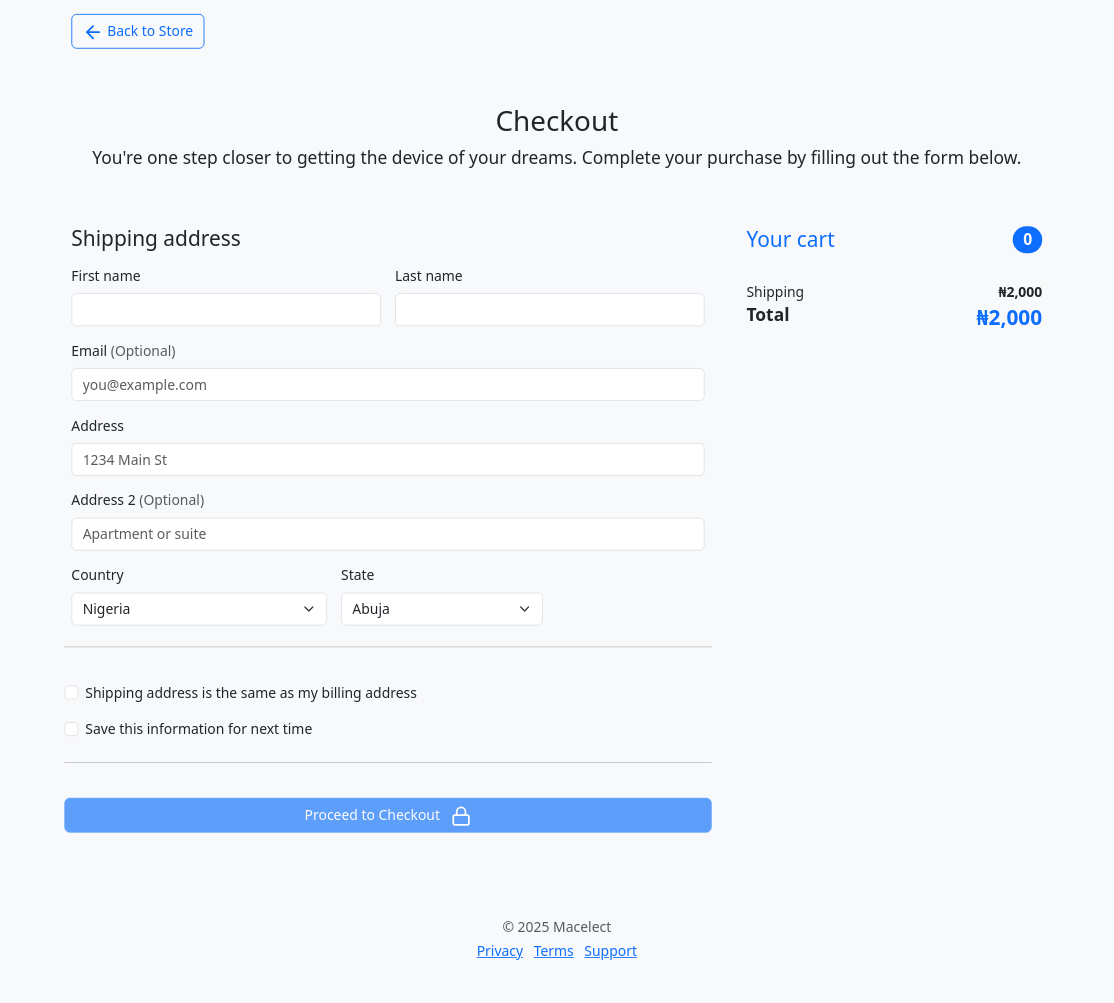
Repository: Davidobi21/macelect
Page: frontend/pages/checkout.html
The author's editor kept a copy of each file at every save. The page is drawn from the files as they stood at one save, then again after the next save.
The browser window is 1280 px wide. The pictures show the whole page, at 87% of full size.

Above is the page before, as saved 2025-04-30 08:52:40.

After the next save:
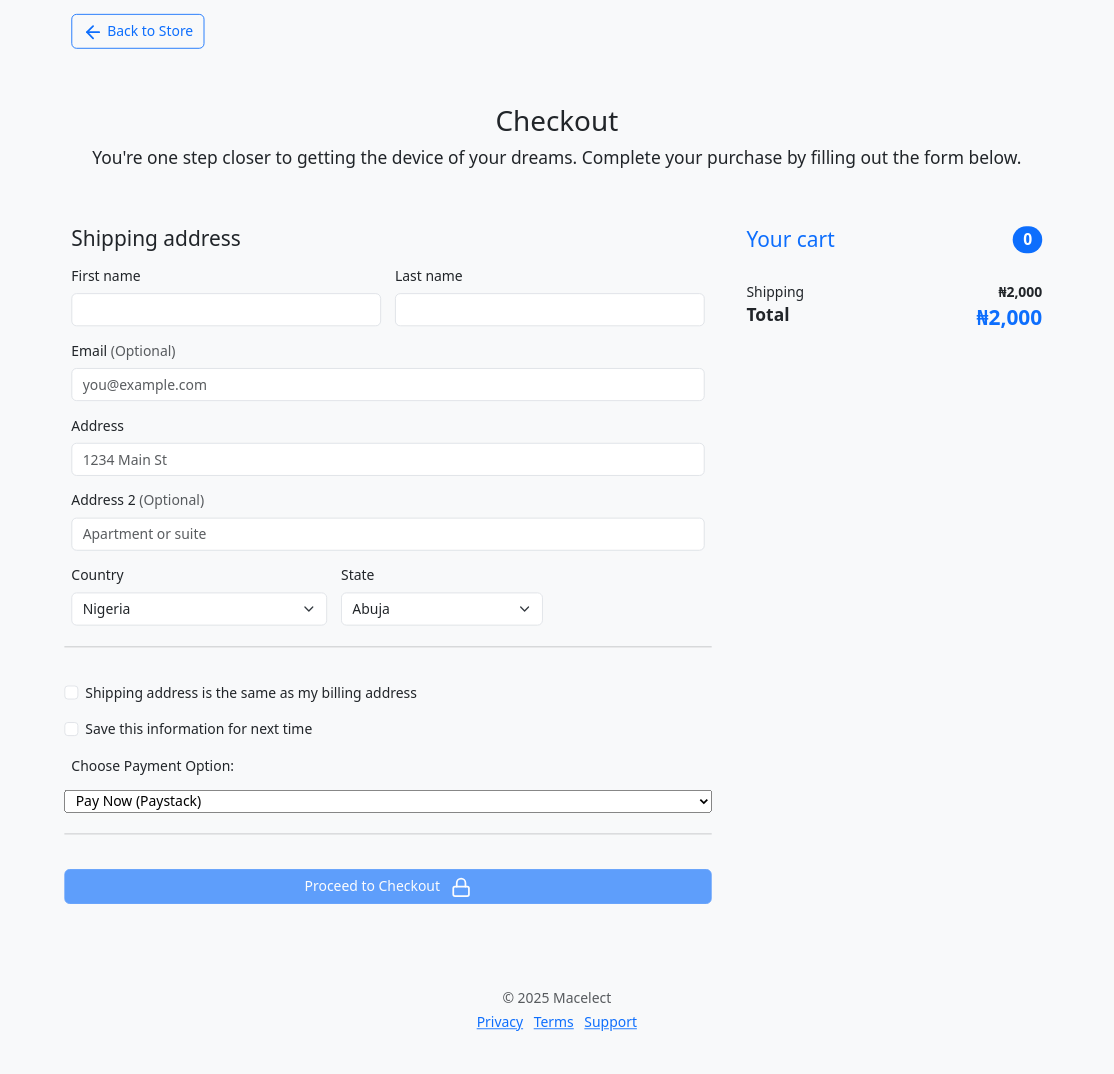
Saved 110 s later.
--- a/frontend/pages/checkout.html
+++ b/frontend/pages/checkout.html
@@ -134,6 +134,12 @@
               <label class="form-check-label" for="save-info">Save this information for next time</label>
             </div>
 
+            <label for="paymentOption">Choose Payment Option:</label>
+            <select id="paymentOption">
+              <option value="payNow">Pay Now (Paystack)</option>
+              <option value="payOnDelivery">Pay on Delivery</option>
+            </select>
+
             <hr class="my-4">
 
             <button class="btn btn-primary w-100" id="checkoutButton" disabled>
